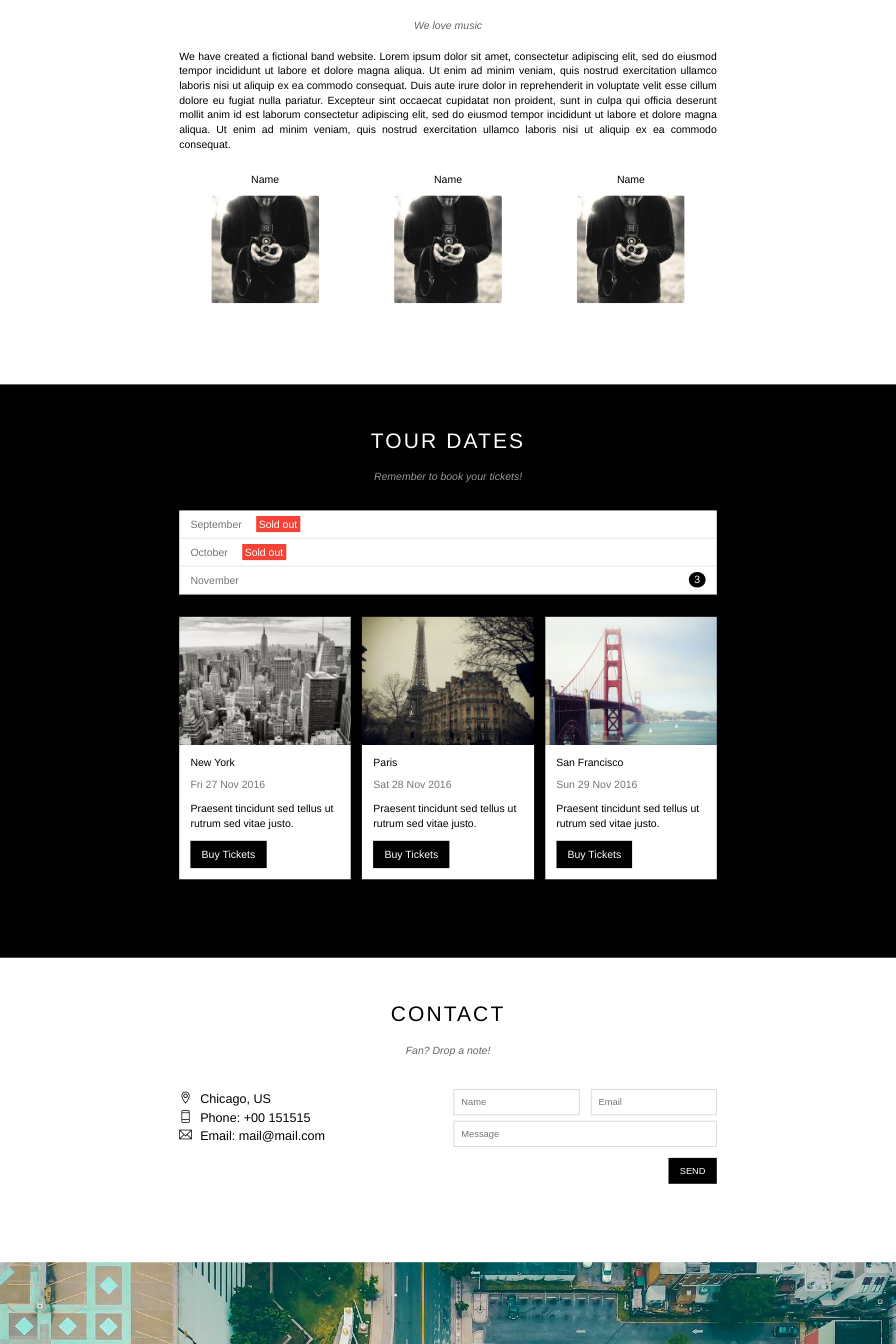
Repository: qhoa25623/The-Band
Page: index.html
An editor plug-in stored every save of this project. The page is shown before and after a run of saves, followed by the edit.
The browser window is 1280 px wide. The pictures show the part of the page from y = 783 to 2703 px (the page is 3500 px tall before and 3532 px after), at 70% of full size.

Above is the page before, as saved 2022-05-07 22:25:25.

### index.html
<!DOCTYPE html>
<html lang="en">
  <head>
    <meta charset="UTF-8" />
    <meta http-equiv="X-UA-Compatible" content="IE=edge" />
    <meta name="viewport" content="width=device-width, initial-scale=1.0" />
    <title>The Band</title>
    <link rel="stylesheet" href="./assets/css/styles.css" />
    <link rel="stylesheet" href="./assets/css/responsive.css" />
    <link
      rel="stylesheet"
      href="./assets/fonts/themify-icons/themify-icons.css"
    />
  </head>
  <body>
    <div id="main">
      <div id="header">
        <ul id="nav">
          <li><a href="#">Home</a></li>
          <li><a href="#band">Band</a></li>
          <li><a href="#tour">Tour</a></li>
          <li><a href="#contact">Contact</a></li>
          <li>
            <a href="#">
              More
              <i class="nav-arrow-down ti-angle-down"></i>
            </a>
            <ul class="subnav">
              <li><a href="#">Merchandise</a></li>
              <li><a href="#">Extras</a></li>
              <li><a href="#">Media</a></li>
            </ul>
          </li>
        </ul>
        <div class="search-btn">
          <i class="search-icon ti-search"></i>
        </div>

        <div id="mobile-menu" class="mobile-menu-btn">
          <i class="menu-icon ti-menu"></i>
        </div>
      </div>
      <div id="slider">
        <div class="text-content">
          <h2 class="text-heading">Chicago</h2>
          <div class="text-description">
            Thank you, Chicago - A night we won't forget
          </div>
        </div>
      </div>
      <div id="content">
        <!-- About section-->
        <div id="band" class="content-section">
          <h2 class="section-heading">THE BAND</h2>
          <p class="section-sub-heading">We love music</p>
          <p class="about-text">
            We have created a fictional band website. Lorem ipsum dolor sit
            amet, consectetur adipiscing elit, sed do eiusmod tempor incididunt
            ut labore et dolore magna aliqua. Ut enim ad minim veniam, quis
            nostrud exercitation ullamco laboris nisi ut aliquip ex ea commodo
            consequat. Duis aute irure dolor in reprehenderit in voluptate velit
            esse cillum dolore eu fugiat nulla pariatur. Excepteur sint occaecat
            cupidatat non proident, sunt in culpa qui officia deserunt mollit
            anim id est laborum consectetur adipiscing elit, sed do eiusmod
            tempor incididunt ut labore et dolore magna aliqua. Ut enim ad minim
            veniam, quis nostrud exercitation ullamco laboris nisi ut aliquip ex
            ea commodo consequat.
          </p>
          <div class="row member-list">
            <div class="col col-third s-col-full mt-32 text-center">
              <p class="member-name">Name</p>
              <img
                src="./assets/img/band/member1.jpg"
                alt="Name"
                class="member-img"
              />
            </div>
            <div class="col col-third s-col-full mt-32 text-center">
              <p class="member-name">Name</p>
              <img
                src="./assets/img/band/member1.jpg"
                alt="Name"
                class="member-img"
              />
            </div>
            <div class="col col-third s-col-full mt-32 text-center">
              <p class="member-name">Name</p>
              <img
                src="./assets/img/band/member1.jpg"
                alt="Name"
                class="member-img"
              />
            </div>
          </div>
        </div>

        <!-- Tour section-->
        <div id="tour" class="tour-section">
          <div class="content-section">
            <h2 class="section-heading text-white">TOUR DATES</h2>
            <p class="section-sub-heading text-white">
              Remember to book your tickets!
            </p>
            <ul class="tickets-list">
              <li>September <span class="sold-out">Sold out</span></li>
              <li>October <span class="sold-out">Sold out</span></li>
              <li>November <span class="quantity">3</span></li>
            </ul>
            <!-- Places-->
            <div class="row places-list">
              <div class="col col-third s-col-full mt-16">
                <img
                  src="./assets/img/places/place1.jpg"
                  alt="New York"
                  class="place-img"
                />
                <div class="place-body">
                  <h3 class="place-heading">New York</h3>
                  <p class="place-time">Fri 27 Nov 2016</p>
                  <p class="place-desc">
                    Praesent tincidunt sed tellus ut rutrum sed vitae justo.
                  </p>
                  <a href="#" class="btn">Buy Tickets</a>
                </div>
              </div>

              <div class="col col-third s-col-full mt-16">
                <img
                  src="./assets/img/places/place2.jpg"
                  alt="New York"
                  class="place-img"
                />
                <div class="place-body">
                  <h3 class="place-heading">Paris</h3>
                  <p class="place-time">Sat 28 Nov 2016</p>
                  <p class="place-desc">
                    Praesent tincidunt sed tellus ut rutrum sed vitae justo.
                  </p>
                  <a href="#" class="btn">Buy Tickets</a>
                </div>
              </div>

              <div class="col col-third s-col-full mt-16">
                <img
                  src="./assets/img/places/place3.jpg"
                  alt="New York"
                  class="place-img"
                />
                <div class="place-body">
                  <h3 class="place-heading">San Francisco</h3>
                  <p class="place-time">Sun 29 Nov 2016</p>
                  <p class="place-desc">
                    Praesent tincidunt sed tellus ut rutrum sed vitae justo.
                  </p>
                  <a href="#" class="btn">Buy Tickets</a>
                </div>
              </div>
            </div>
          </div>
        </div>

        <!-- Begin: Contact section-->
        <div id="contact" class="content-section">
          <h2 class="section-heading">CONTACT</h2>
          <p class="section-sub-heading">Fan? Drop a note!</p>
          <div class="row contact-content">
            <div class="col col-half contact-info">
              <p><i class="ti-location-pin"></i>Chicago, US</p>
              <p><i class="ti-mobile"></i>Phone: +00 151515</p>
              <p><i class="ti-email"></i>Email: mail@mail.com</p>
            </div>
            <div class="col col-half contact-form">
              <form action="">
                <div class="row">
                  <div class="col col-half">
                    <input
                      type="text"
                      name=""
                      placeholder="Name"
                      required
                      id=""
                      class="form-control"
                    />
                  </div>
                  <div class="col col-half">
                    <input
                      type="email"
                      name=""
                      placeholder="Email"
                      required
                      id=""
                      class="form-control"
                    />
                  </div>
                </div>
                <div class="row mt-8">
                  <div class="col col-full">
                    <input
                      type="text"
                      name=""
                      placeholder="Message"
                      required
                      id=""
                      class="form-control"
                    />
                  </div>
                </div>
                <input
                  class="btn pull-right mt-16"
                  type="submit"
                  value="SEND"
                />
              </form>
            </div>
          </div>
        </div>
        <!-- End: Contact section-->
        <div class="map-section">
          <img src="./assets/img/map.jpg" alt="Map" />
        </div>
      </div>
      <div id="footer">
        <div class="socials-list">
          <a href=""><i class="ti-facebook"></i></a>
          <a href=""><i class="ti-instagram"></i></a>
          <a href=""><i class="ti-youtube"></i></a>
          <a href=""><i class="ti-pinterest"></i></a>
          <a href=""><i class="ti-twitter"></i></a>
          <a href=""><i class="ti-linkedin"></i></a>
        </div>
        <p class="copyright">Powered by <a href="">w3.css</a></p>
      </div>
    </div>
    <div class="modal">
      <div class="modal-container">
        <div class="modal-close">
          <i class="ti-close"></i>
        </div>
        <header class="modal-header">
          <i class="modal-heading-icon ti-bag"></i>
          Tickets
        </header>
        <div class="modal-body">
          <label for="ticket-quantity" class="modal-label">
            <i class="ti-shopping-cart"></i>
            Tickets, $15 per person
          </label>
          <input
            id="ticket-quantity"
            type="text"
            class="modal-input"
            placeholder="How many?"
          />

          <label for="ticket-email" class="modal-label">
            <i class="ti-user"> </i>
            Send to
          </label>
          <input id="ticket-emailtype="text" class="modal-input"
          placeholder="Enter email" />

          <button id="buy-tickets">
            Pay
            <i class="ti-check"></i>
          </button>
        </div>
        <footer class="modal-footer">
          <p class="modal-help">Need <a href="">help?</a></p>
        </footer>
      </div>
    </div>
    <script>
      var header = document.getElementById("header");
      var mobileMenu = document.getElementById("mobile-menu");
      var headerHeight = header.clientHeight;

      // Đóng mở Mobile menu
      mobileMenu.onclick = function () {
        var isClosed = header.clientHeight === headerHeight;
        if (isClosed) {
          header.style.height = "auto";
        } else {
          header.style.height = null;
        }
      };

      // Tự động đóng khi chọn Menu
      var menuItems = document.querySelectorAll('#nav li a[href*="#"]');
      for (var i = 0; i < menuItems.length; i++) {
        var menuItem = menuItems[i];

        menuItem.onclick = function (event) {
          var isParentMenu =
            this.nextElementSibling &&
            this.nextElementSibling.classList.contains("subnav");
          if (isParentMenu) {
            event.preventDefault();
          } else {
            header.style.height = null;
          }
        };
      }
    </script>
  </body>
</html>

### assets/css/styles.css
/* Reset CSS */
* {
  padding: 0;
  margin: 0;
  box-sizing: border-box;
}
html {
  scroll-behavior: smooth;
  font-family: Helvetica, Arial, sans-serif;
}
.clear {
  clear: both;
}
.text-white {
  color: #fff !important;
}
.text-center {
  text-align: center !important;
}
.pull-right {
  float: right;
}
.btn {
  color: #fff;
  background-color: #000;
  text-decoration: none;
  display: inline-block;
  margin-top: 15px;
  padding: 11px 16px;
  border: none;
}
.btn:hover {
  cursor: pointer;
  color: #000;
  background-color: #ccc;
}
.mt-8 {
  margin-top: 8px !important;
}
.mt-16 {
  margin-top: 16px !important;
}
.mt-16 {
  margin-top: 16px !important;
}
.row {
  margin-left: -8px;
  margin-right: -8px;
}
.row::after {
  content: "";
  display: block;
  clear: both;
}
.col {
  padding-left: 8px;
  padding-right: 8px;
  float: left;
}
.col-full {
  width: 100%;
}
.col-half {
  width: 50%;
}
.col-third {
  width: calc(100% / 3);
}
#main {
}
#header {
  position: fixed;
  top: 0;
  left: 0;
  right: 0;
  height: 46.5px;
  background-color: #000;
  z-index: 1;
  overflow: hidden;
}
#nav {
  display: inline-block;
}
#nav,
.subnav {
  list-style-type: none;
}
#nav > li {
  display: inline-block;
}
#nav li {
  position: relative;
}
#nav > li > a {
  color: #fff;
  text-transform: uppercase;
}
#nav li a {
  text-decoration: none;
  line-height: 46.5px;
  padding: 0 24px;
  display: block;
}
#nav li:hover .subnav {
  display: block;
}
#nav > li:hover > a,
#nav .subnav li:hover a {
  color: #000;
  background-color: #ccc;
}
#nav .subnav {
  min-width: 160px;
  top: 100%;
  left: 0;
  display: none;
  position: absolute;
  background-color: #fff;
  box-shadow: 0 0 10px rgba(0, 0, 0, 0.3);
}
#nav .subnav a {
  color: #000;
  padding: 0 16px;
  line-height: 38.5px;
}
#nav .nav-arrow-down {
  font-size: 14px;
}
#header .mobile-menu-btn{
  position:absolute;
  top: 0;
  right: 0;
  display:none;
}
#header .mobile-menu-btn,
#header .search-btn {
  float: right;
  padding: 0 21px;
}
#header .search-btn:hover {
  cursor: pointer;
  background-color: #f44336;
}
#header .mobile-menu-btn:hover {
  background-color: #ccc;
}
#header .mobile-menu-btn:hover .menu-icon {
  color: #000;
}
#header .menu-icon,
#header .search-icon {
  color: #fff;
  font-size: 20px;
  line-height: 46.5px;
}
#slider {
  position: relative;
  margin-top: 46.5px;
  padding-top: 50%;
  background: url("/assets/img/slider/slider1.jpg") top center / cover no-repeat;
}
#slider .text-content {
  position: absolute;
  bottom: 47px;
  color: #fff;
  left: 50%;
  transform: translateX(-50%);
  text-align: center;
}
#slider .text-heading {
  font-weight: 500;
  font-size: 24px;
}
#slider .text-description {
  font-size: 15px;
  margin-top: 25px;
}
#content {
}
#content .content-section {
  width: 800px;
  max-width: 100%;
  padding: 64px 0 112px;
  margin-left: auto;
  margin-right: auto;
  padding-left: 16px;
  padding-right: 16px;
}
#content .section-heading {
  font-weight: 500;
  text-align: center;
  font-size: 30px;
  letter-spacing: 3px;
}
#content .section-sub-heading {
  text-align: center;
  font-size: 15px;
  margin-top: 25px;
  font-style: italic;
  opacity: 0.6;
}
#content .about-text {
  font-size: 15px;
  margin-top: 25px;
  text-align: justify;
  line-height: 1.4;
}
#content .member-list {
  margin-top: 31px;
}
#content .member-name {
  font-size: 15px;
}
#content .member-img {
  margin-top: 15px;
  width: 154px;
  border-radius: 4px;
}

.tour-section {
  background: #000;
}
.tickets-list {
  background-color: #fff;
  list-style: none;
  margin-top: 40px;
}
.tickets-list li {
  color: rgb(117, 117, 117);
  font-size: 15px;
  padding: 11px 16px;
  border-bottom: 1px solid rgb(221, 221, 221);
}
.tickets-list .sold-out {
  color: #ffffff;
  background-color: #f44336;
  padding: 3px 4px;
  margin: 0 0 0 16px;
}
.tickets-list .quantity {
  float: right;
  width: 24px;
  height: 22.5px;
  background-color: #000;
  border-radius: 50%;
  text-align: center;
  color: #fff;
  line-height: 22.5px;
  margin-top: -3px;
}
.places-list {
  margin-top: 16px;
}
.place-img {
  width: 100%;
  display: block;
}
.place-img:hover {
  opacity: 0.6;
}
.place-body {
  background-color: #fff;
  padding: 16px 16px;
  font-size: 15px;
}
.place-heading {
  font-size: 15px;
  font-weight: 550;
}
.place-time {
  margin-top: 15px;
  color: #757575;
}
.place-desc {
  margin-top: 15px;
  line-height: 1.4;
}

.modal {
  position: fixed;
  top: 0;
  right: 0;
  left: 0;
  bottom: 0;
  background: rgba(0, 0, 0, 0.4);
  display: none;
  align-items: center;
  justify-content: center;
}
.modal-container {
  background: #fff;
  width: 900px;
  min-height: 200px;
  position: relative;
  max-width: calc(100%-32px);
}

.modal-header {
  background: #009688;
  height: 130px;
  display: flex;
  align-items: center;
  justify-content: center;
  font-size: 30px;
  color: #fff;
}
.modal-heading-icon {
  margin-right: 16px;
}
.modal-close {
  position: absolute;
  right: 0;
  top: 0;
  color: #fff;
  padding: 16px;
  cursor: pointer;
}
.modal-close:hover {
  color: #000;
  background-color: #ccc;
}
.modal-body {
  padding: 16px;
}
.modal-label {
  display: block;
  margin-bottom: 15px;
}
.modal-input {
  border: 1px solid #ccc;
  width: 100%;
  font-size: 15px;
  padding: 10px;
  margin-bottom: 15px;
}
#buy-tickets {
  background-color: #009688;
  border: none;
  font-size: 15px;
  color: #fff;
  width: 100%;
  text-transform: uppercase;
  padding: 18px;
  cursor: pointer;
}
#buy-tickets:hover {
  color: #000;
  background-color: #ccc;
}
.contact-content {
  margin-top: 48px;
}
.contact-info {
  font-size: 18px;
  line-height: 1.5;
}
.contact-info i[class*="ti-"] {
  display: inline-block;
  width: 30px;
}
.contact-form {
  font-size: 15px;
}
.contact-form .form-control {
  padding: 10px;
  border: 1px solid #ccc;
  width: 100%;
  outline: none;
}
.map-section img {
  width: 100%;
}
.modal-footer {
  padding: 16px;
  text-align: right;
}
.modal-footer a {
  color: #2196f3;
}
#footer {
  padding: 64px 16px;
  text-align: center;
}
#footer .socials-list {
  font-size: 24px;
}
#footer .socials-list a {
  color: rgba(0, 0, 0, 0.6);
  text-decoration: none;
}
#footer .copyright a:hover,
#footer .socials-list a:hover {
  color: rgba(0, 0, 0, 0.4);
}
#footer .copyright {
  margin-top: 15px;
  color: rgba(0, 0, 0, 0.6);
}
#footer .copyright a {
  color: rgba(0, 0, 0, 0.6);
}

### assets/css/responsive.css
/* PC */
@media (min-width: 1024px) {
}

/* Tablet */
@media (min-width: 740px) and (max-width: 1023px) {
}
/* Mobile */
@media (max-width: 739px) {
  .s-col-full {
    width: 100%;
  }
  #header {
    overflow: hidden;
  }
  #header .mobile-menu-btn {
    display: block;
  }
  #header .search-btn {
    display: none;
  }
  #nav {
    display: block;
  }
  #nav li a {
    padding: 1px 24px;
  }
  #nav > li {
    display: block;
  }
  #nav > li:first-child {
    display: inline-block;
  }
  #nav .subnav {
    position: initial;
    background-color: #333;
  }
  #nav .subnav a {
    color: #fff;
    padding: 5px 41px;
  }
  #content .member-img {
    width: 60%;
  }
}

Loaded but not shown: assets/fonts/themify-icons/themify-icons.css (common file)

After the next 2 saves:
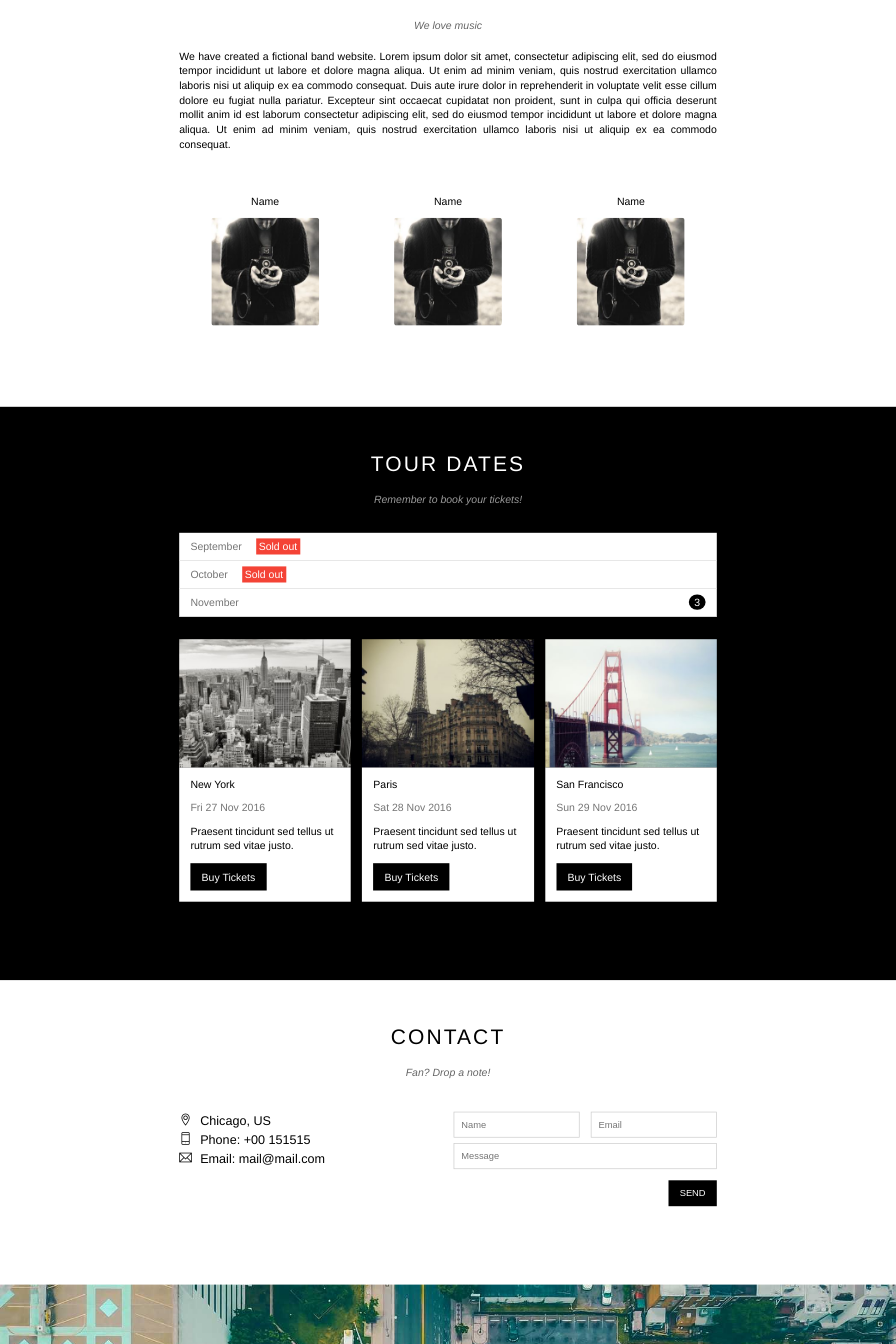
The 2 saves are shown as one change because they came seconds apart.
The last was saved 7 s later.
--- a/assets/css/styles.css
+++ b/assets/css/styles.css
@@ -40,8 +40,8 @@ html {
 .mt-16 {
   margin-top: 16px !important;
 }
-.mt-16 {
-  margin-top: 16px !important;
+.mt-32 {
+  margin-top: 32px !important;
 }
 .row {
   margin-left: -8px;
